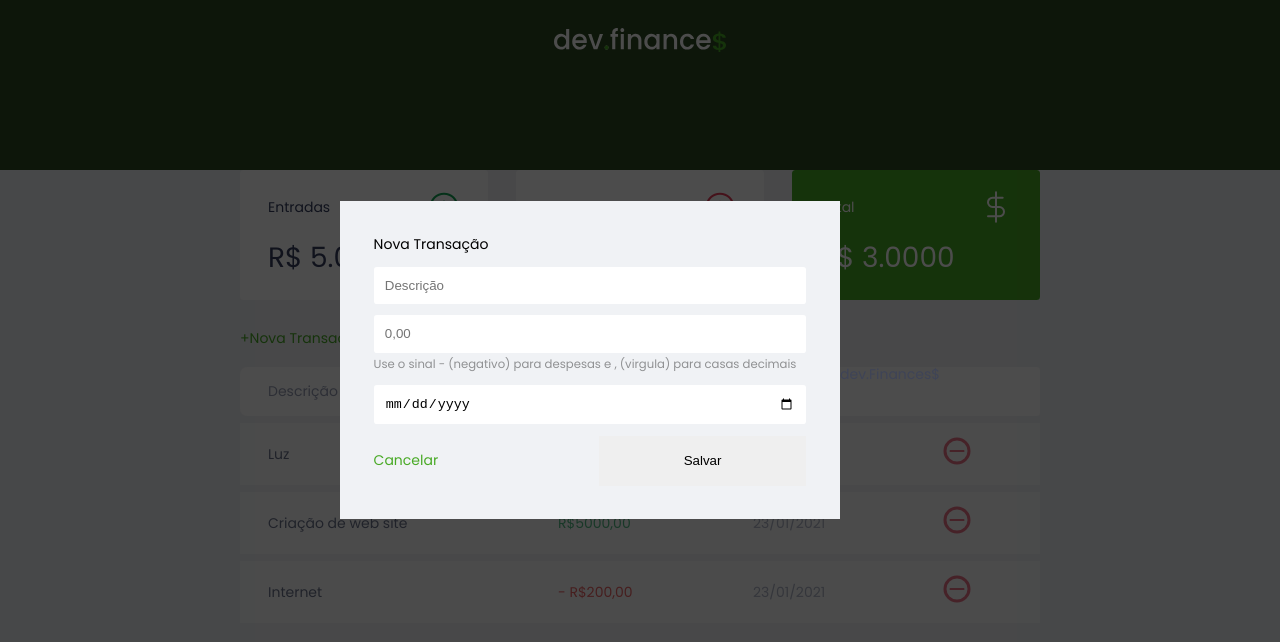
Repository: rafaelmgr12/maratona-dev01
Page: index.html
An editor plug-in stored every save of this project. The page is shown before and after the next save, followed by the edit.
The browser window is 1280 px wide. The pictures show the whole page.

Above is the page before, as saved 2021-04-28 13:31:56.

After the next save:
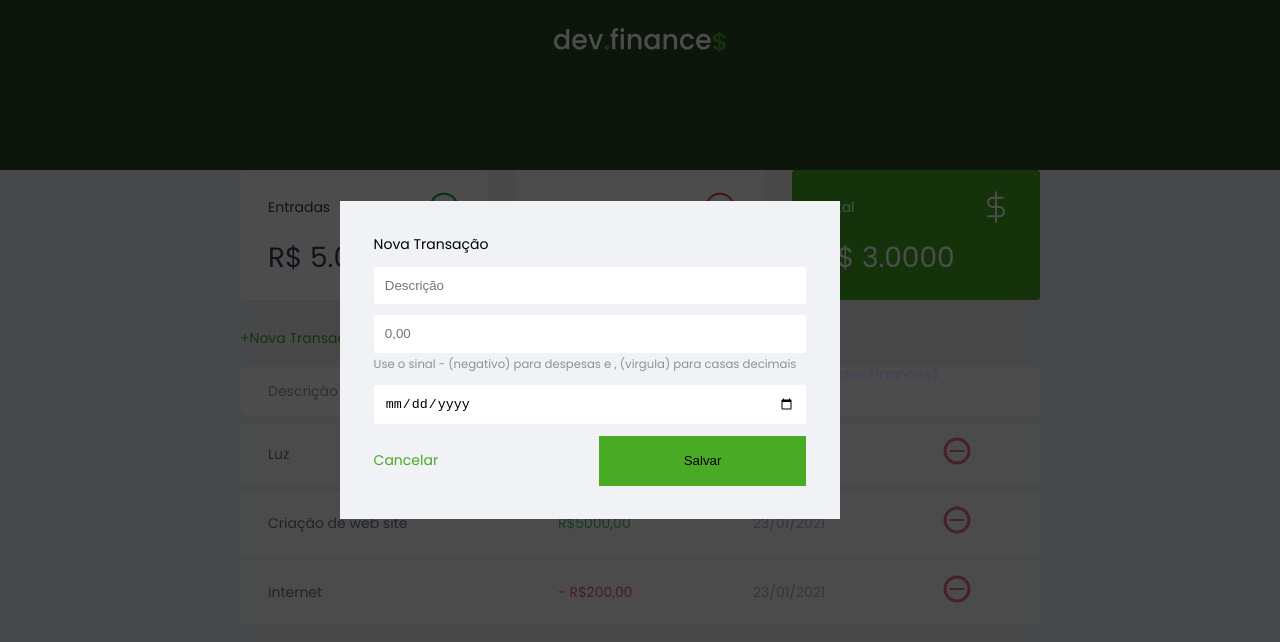
Saved 39 s later.
--- a/style.css
+++ b/style.css
@@ -51,10 +51,13 @@ a:hover {
   color: #3dd705;
 }
 button {
-  width: 100$%;
+  width: 100%;
   height: 50px;
 
   border: none;
+  background: var(--green);
+
+  padding: 0;
 
 }
 
